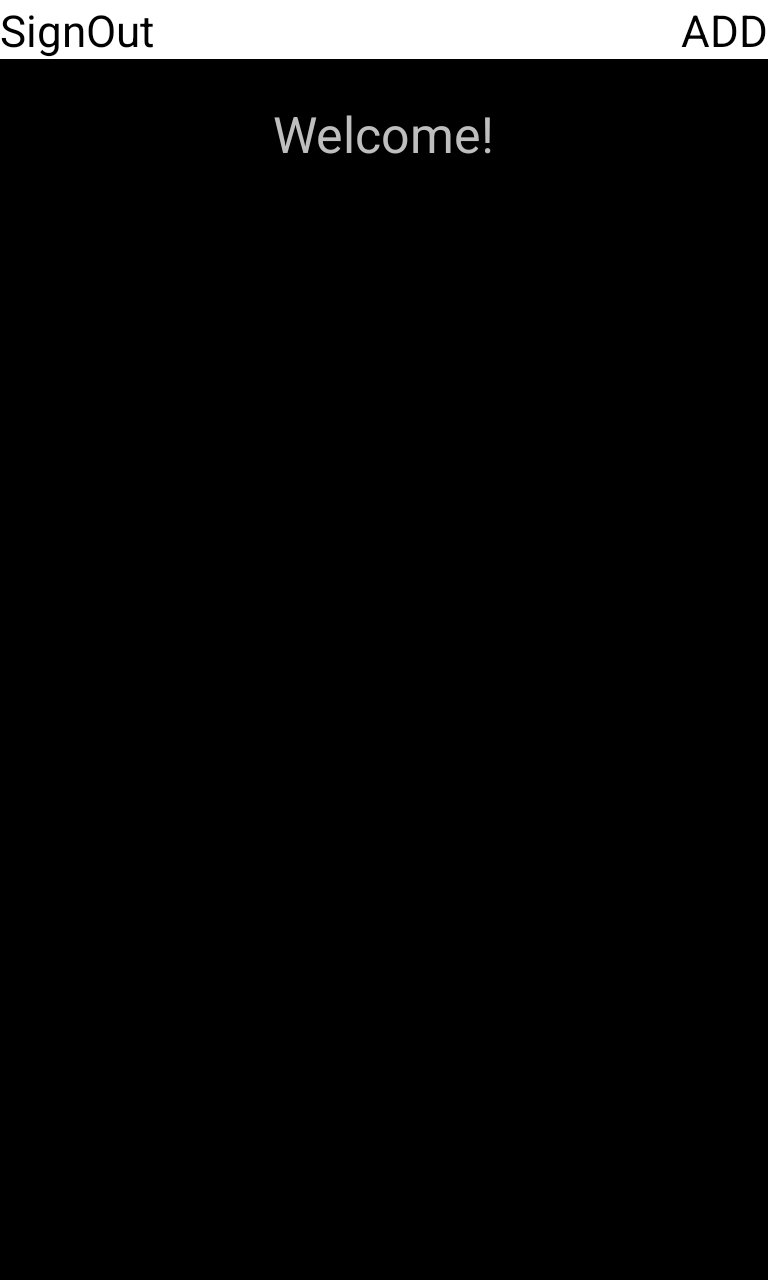
Repository: DinkyDetailsLLC/CPM
Layout: MyHairDid/res/layout/clientlist.xml
These files come from the project's save history. The layout is drawn as it stood at one moment and after a run of saves; the edit follows.
It is drawn on a 768 x 1280 px phone screen (xhdpi) without system bars, with theme android:Theme.Holo; the app's code is not run. Lists and similar views that code fills are empty.

Above is the layout before, as saved 2014-04-03 22:03:38.

### MyHairDid/res/layout/clientlist.xml
<?xml version="1.0" encoding="utf-8"?>
<RelativeLayout xmlns:android="http://schemas.android.com/apk/res/android"
    android:layout_width="match_parent"
    android:layout_height="match_parent"
    android:orientation="vertical" >

    <TextView
        android:id="@+id/txtwelcome"
        android:layout_width="wrap_content"
        android:layout_height="wrap_content"
        android:layout_centerHorizontal="true"
        android:text="@string/Welcome"
        android:paddingTop="50dp"
        android:textSize="25sp" />

    <TextView
        android:id="@+id/txtuser"
        android:layout_width="wrap_content"
        android:layout_height="wrap_content"
        android:layout_below="@+id/txtwelcome"
        android:layout_centerHorizontal="true" />

    <Button
        android:id="@+id/logout"
        android:layout_width="wrap_content"
        android:layout_height="wrap_content"
        android:layout_centerInParent="true"
        android:visibility="gone"
        android:text="@string/LogoutBtn" />

    <RelativeLayout
        android:layout_width="match_parent"
        android:layout_height="wrap_content"
        android:layout_alignParentTop="true"
        android:background="@android:color/white" >

        <TextView
            android:id="@+id/signOut"
            android:layout_width="wrap_content"
            android:layout_height="wrap_content"
            android:layout_alignParentLeft="true"
            android:layout_alignParentTop="true"
            android:text="SignOut"
            android:textColor="@android:color/black"
            android:textAppearance="?android:attr/textAppearanceLarge" />

        <TextView
            android:id="@+id/add"
            android:layout_width="wrap_content"
            android:layout_height="wrap_content"
            android:layout_alignParentRight="true"
            android:layout_alignParentTop="true"
            android:text="ADD"
            android:textColor="@android:color/black"
            android:textAppearance="?android:attr/textAppearanceLarge" />

    </RelativeLayout>

</RelativeLayout>

### MyHairDid/res/values/strings.xml
<?xml version="1.0" encoding="utf-8"?>
<resources>
    <string name="app_name">myHairDid</string>
    <string name="action_settings">Settings</string>
    <string name="hello_world">Hello world!</string>
    <string name="Username">Username</string>
    <string name="Password">Password</string>
    <string name="LoginBtn">Login</string>
    <string name="SignupBtn">Sign Up</string>
    <string name="LogoutBtn">Log Out</string>
    <string name="Welcome">Welcome!</string>
     <string name="UserName">UserName</string>
    <string name="RememberMe">Login Automatically</string>
    <string name="login">Log in</string>
    <string name="SignUp">Sign Up</string>
</resources>

After the next 2 saves:
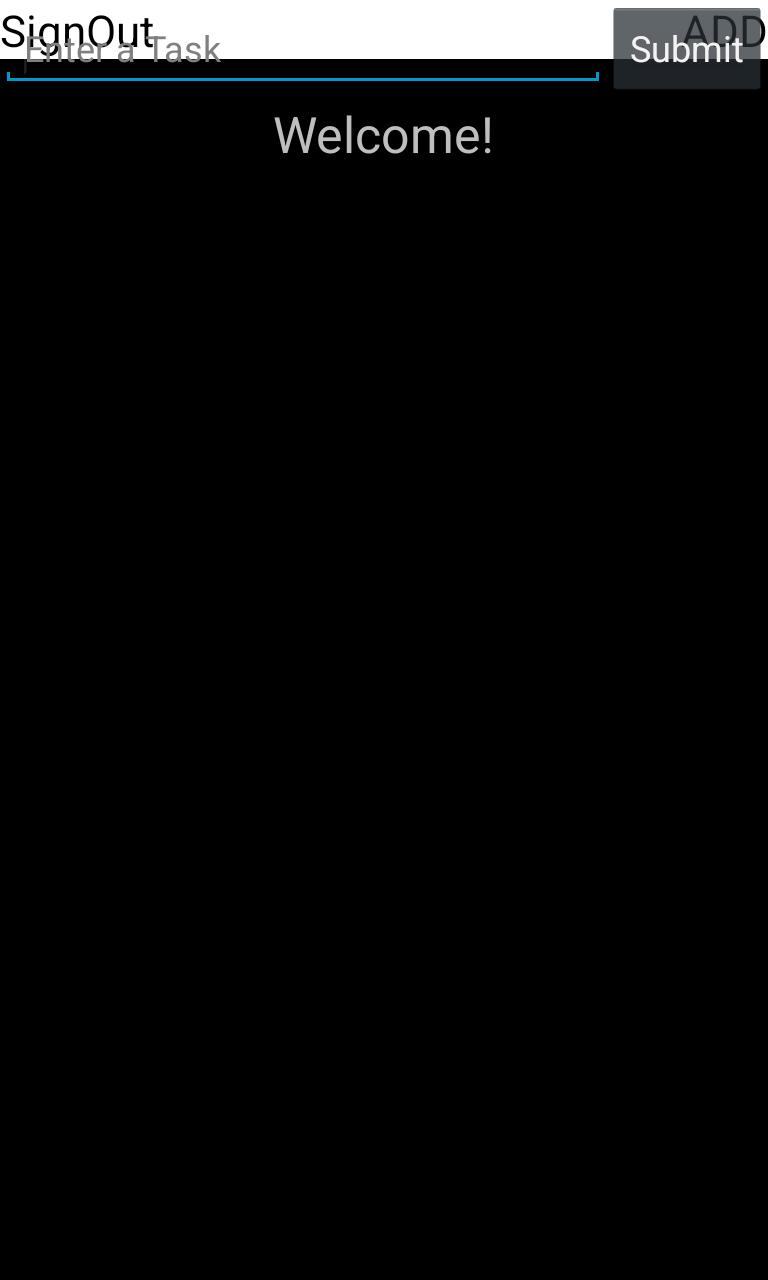
The 2 saves are shown as one change because 1 did not build or start.
The last was saved 3 h 9 min later.
--- a/MyHairDid/res/layout/clientlist.xml
+++ b/MyHairDid/res/layout/clientlist.xml
@@ -55,5 +55,36 @@
             android:textAppearance="?android:attr/textAppearanceLarge" />
 
     </RelativeLayout>
+  <LinearLayout
+        android:layout_width="match_parent"
+        android:layout_height="wrap_content"
+        android:orientation="horizontal" >
+
+        <EditText
+            android:id="@+id/task_input"
+            android:layout_width="0dp"
+            android:layout_height="wrap_content"
+            android:layout_weight="1"
+            android:ems="10"
+            android:inputType="text"
+            android:hint="Enter a Task">
+            <requestFocus />
+        </EditText>
+
+        <Button
+            android:id="@+id/submit_button"
+            android:layout_width="wrap_content"
+            android:layout_height="wrap_content"
+            android:onClick="createTask"
+            android:text="Submit" />
+    </LinearLayout>
+
+    <ListView
+        android:id="@+id/task_list"
+        android:layout_width="match_parent"
+        android:layout_height="wrap_content" />
+
+
+
 
 </RelativeLayout>
